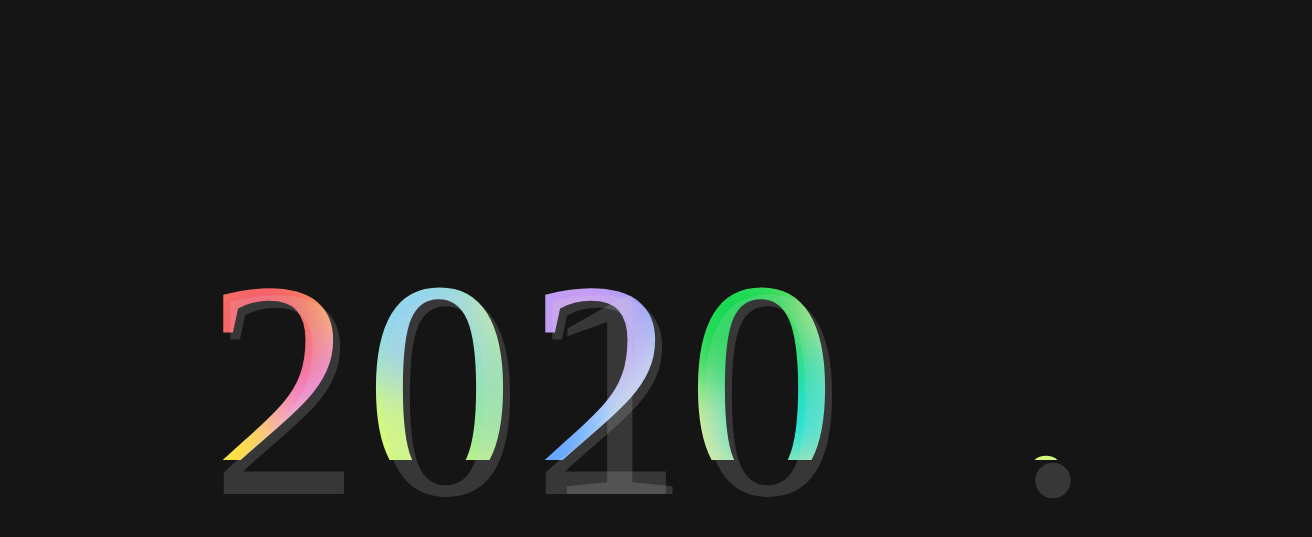
Repository: ramtoppo12/Happy-new-year-2021
Page: index.html
An editor plug-in stored every save of this project. The page is shown before and after the next save, followed by the edit.
The browser window is 1280 px wide. The page is 1280 px wide, then 1312 px, so the pictures cover 1312 px, including what lies to the right of the window. The pictures show the whole page.
Some web fonts or font styles are not loaded; a fallback is used.

Above is the page before, as saved 2020-12-24 23:23:46.

After the next save:
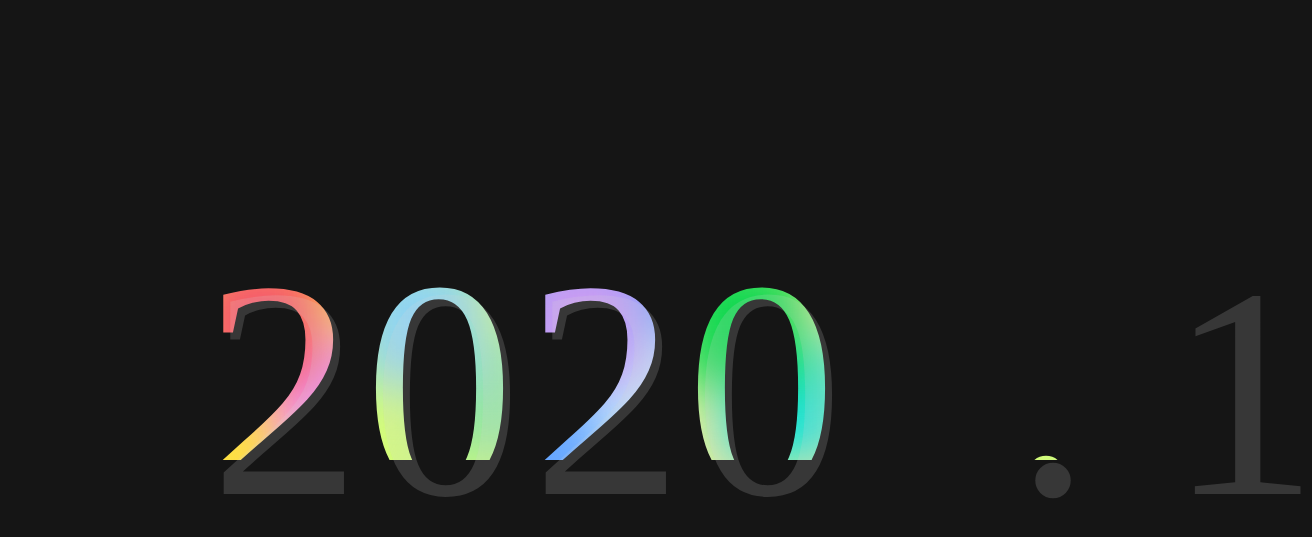
Saved 4 s later.
--- a/style.css
+++ b/style.css
@@ -41,5 +41,5 @@ body {
   background-image: url("data:[embedded picture, 1300 characters]");
 }
 .text-5 {
-  transform: translateX(-200%);
+  transform: translateX(200%);
 }
